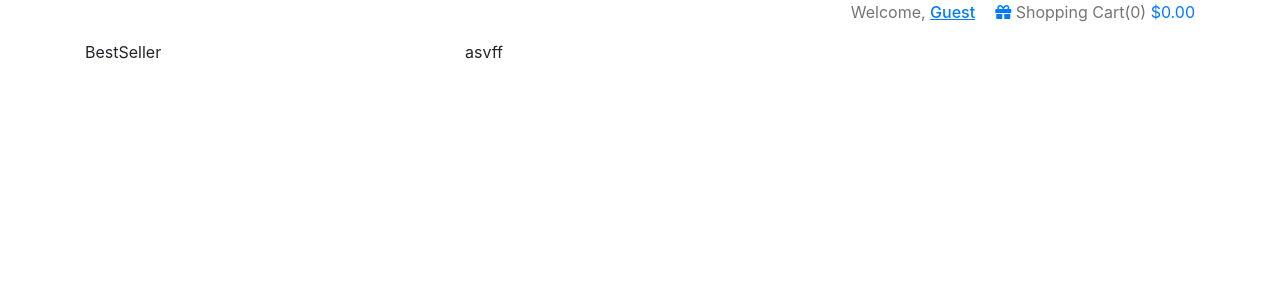
Repository: phunobi1807/BestSeller
Page: index.html
The author's editor kept a copy of each file at every save. The page is drawn from the files as they stood at one save, then again after the next save.
The browser window is 1280 px wide. The pictures show the whole page.

Above is the page before, as saved 2021-06-28 22:05:34.

### index.html
<!DOCTYPE html>
<html lang="en">
<head>
    <meta charset="UTF-8">
    <meta http-equiv="X-UA-Compatible" content="IE=edge">
    <meta name="viewport" content="width=device-width, initial-scale=1.0">
    <title>BestSeller</title>
    <link rel="stylesheet" href="./css/style.css">
</head>
<body>
    <header id="header">
        <div class="container">
            <div class="top-header">
                <div class="top-nav">
                    <p class="top-nav__text">Welcome, <a href="#" class="top-nav__text-link">Guest</a></p>
                    <div class="top-nav__shopping-cart">
                        <i  class="top-nav__icon fas fa-gift"></i>
                        <span class="top-nav__cart">Shopping Cart(0) <a href="#">$0.00</a></span>
                    </div>
                </div>
                <div class="navigation">
                    <div class="row">
                        <div class="col-lg-4">
                            <div class="navigation-logo">
                                <span class="navigation-logo__text">
                                    BestSeller
                                </span>
                            </div>
                        </div>
                        <div class="col-lg-6">
                            asvff
                        </div>
                    </div>
                </div>
            </div>
        </div>
    </header>
    <div id="content">

    </div>
<link rel="stylesheet" href="https://use.fontawesome.com/releases/v5.15.3/css/all.css" integrity="sha384-SZXxX4whJ79/gErwcOYf+zWLeJdY/qpuqC4cAa9rOGUstPomtqpuNWT9wdPEn2fk" crossorigin="anonymous">
<link rel="stylesheet" href="https://maxcdn.bootstrapcdn.com/bootstrap/4.5.2/css/bootstrap.min.css">
<script src="https://ajax.googleapis.com/ajax/libs/jquery/3.5.1/jquery.min.js"></script>
<script src="https://cdnjs.cloudflare.com/ajax/libs/popper.js/1.16.0/umd/popper.min.js"></script>
<script src="https://maxcdn.bootstrapcdn.com/bootstrap/4.5.2/js/bootstrap.min.js"></script>
</body>
</html>

### css/style.css
@import url(https://fonts.googleapis.com/css2?family=Roboto:wght@100;200;300;400;500;600;800;900&display=swap);
* {
    box-sizing: inherit;
}

html {
    box-sizing: border-box;
    margin: 0;
    font-family: 'Roboto', sans-serif;
}

.top-nav {
    display: flex;
    justify-content: flex-end;
}

.top-nav__text {
    padding: 0 20px;
}

.top-nav__text-link {
    font-weight: 500;
    text-decoration: underline;
}

.top-nav__text, .top-nav__cart {
    color: #767575;
}

.top-nav__icon {
    color: #007bff;
}

After the next save:
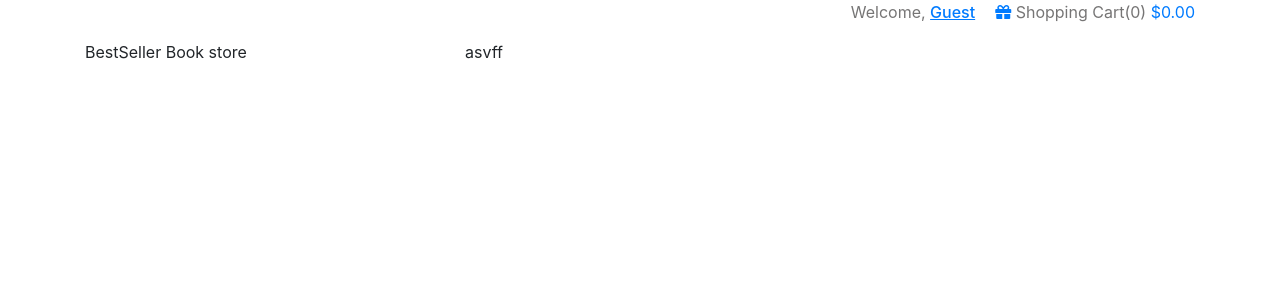
Saved 50 s later.
--- a/index.html
+++ b/index.html
@@ -24,6 +24,9 @@
                             <div class="navigation-logo">
                                 <span class="navigation-logo__text">
                                     BestSeller
+                                    <span class="navigation-logo__text-small">
+                                        Book store
+                                    </span>
                                 </span>
                             </div>
                         </div>
